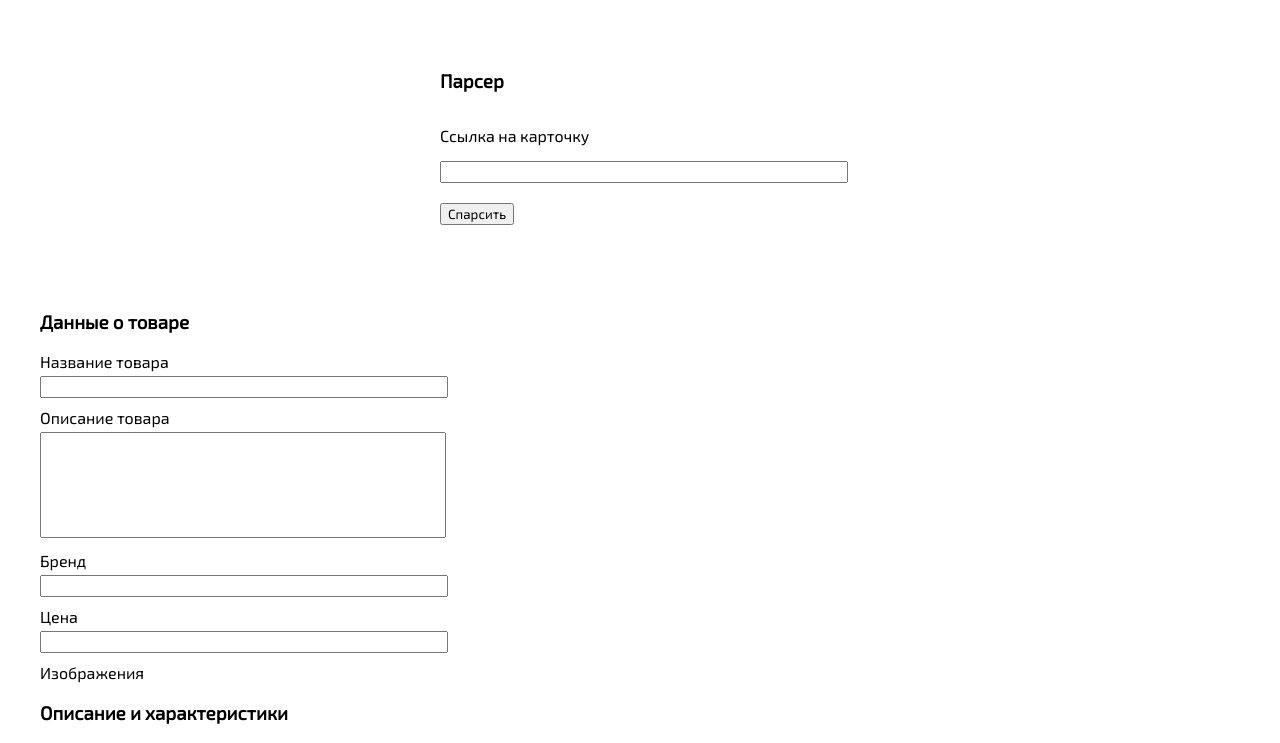
Repository: yozuul/wildberries-product-card-parser-api-exchange
Page: public/index.html
These files come from the project's save history. The page is drawn as it stood at one moment and after the next save; the edit follows.
The browser window is 1280 px wide. The pictures show the whole page.

Above is the page before, as saved 2021-08-18 18:27:43.

### public/index.html
<!DOCTYPE html>
<html lang="en">

<head>
   <meta charset="UTF-8">
   <meta http-equiv="X-UA-Compatible" content="IE=edge">
   <meta name="viewport" content="width=device-width, initial-scale=1.0">
   <title>Document</title>
   <link rel="stylesheet" href="style.css">
</head>

<body>
   <div class="parseForm">
      <h3>Парсер</h3>
      <form name="parseForm">
         <p>Ссылка на карточку</p>
         <input type="text" id="cardURL">
         <button id="parseData">Спарсить</button>
      </form>
   </div>
   <div class="formWrapper">
      <form name="productForm">
         <div class="formWrapper_left">
            <div class="productForm">
               <h3>Данные о товаре</h3>
               <div class="inputWrapper">
                  <p>Название товара</p>
                  <input type="text" name="productName" id="productName">
               </div>
               <div class="inputWrapper">
                  <p>Описание товара</p>
                  <textarea name="productDesc" id="productDesc"></textarea>
               </div>
               <div class="inputWrapper">
                  <p>Бренд</p>
                  <input type="text" name="productBrand" id="productBrand">
               </div>
               <div class="inputWrapper">
                  <p>Цена</p>
                  <input type="text" name="productPrice" id="productPrice">
               </div>
               <div class="inputWrapper">
                  <p>Изображения</p>
               </div>
            </div>
         </div>
         <div class="formWrapper_right">
            <h3>Описание и характеристики</h3>
         </div>
      </form>
   </div>
   <script src="index.js"></script>
</body>

</html>

### public/style.css
@import url('https://fonts.googleapis.com/css2?family=Exo+2&display=swap');

* {
   font-family: 'Exo 2', sans-serif;
}

body {
   padding: 0;
   margin: 0;
}
.formWrapper, .parseForm {
   max-width: 1200px;
   margin: auto;
   margin-top: 50px;
}
.formWrapper {
   display: flex;

}
.formWrapper_left {
   margin-right: 20px;
}
.parseForm {
   display: flex;
   flex-wrap: wrap;
   max-width: 400px;
}
.parseForm input {
   width: 400px;
   margin-bottom: 20px;
}
.productForm {
   margin-top: 35px;
}
.productForm input, .productForm textarea {
   width: 400px;
}
.productForm textarea {
   height: 100px;
   resize: none;
}
.formWrapper p {
   margin-bottom: 5px;
   margin-top: 0;
}
.inputWrapper {
   margin-bottom: 10px;
}

Loaded but not shown: index.js (no copy from this time; the picture is the same without it)

After the next save:
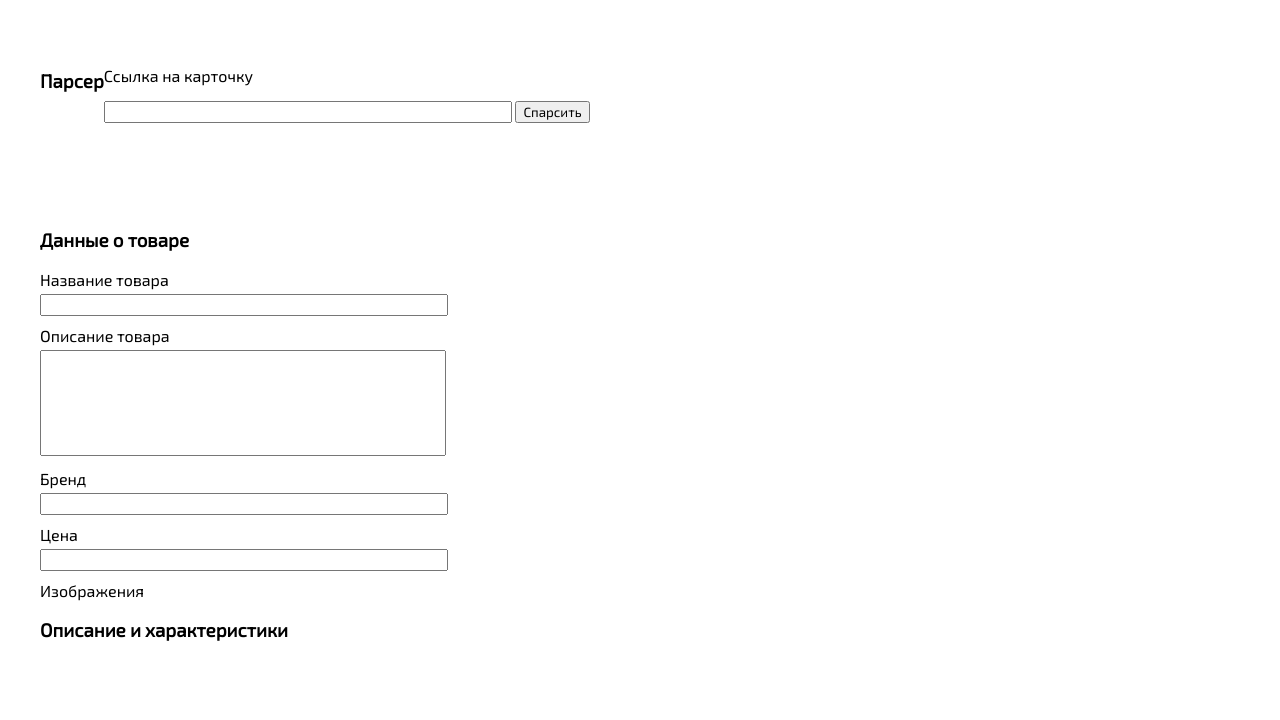
Saved 20 s later.
--- a/public/style.css
+++ b/public/style.css
@@ -23,7 +23,6 @@ body {
 .parseForm {
    display: flex;
    flex-wrap: wrap;
-   max-width: 400px;
 }
 .parseForm input {
    width: 400px;
